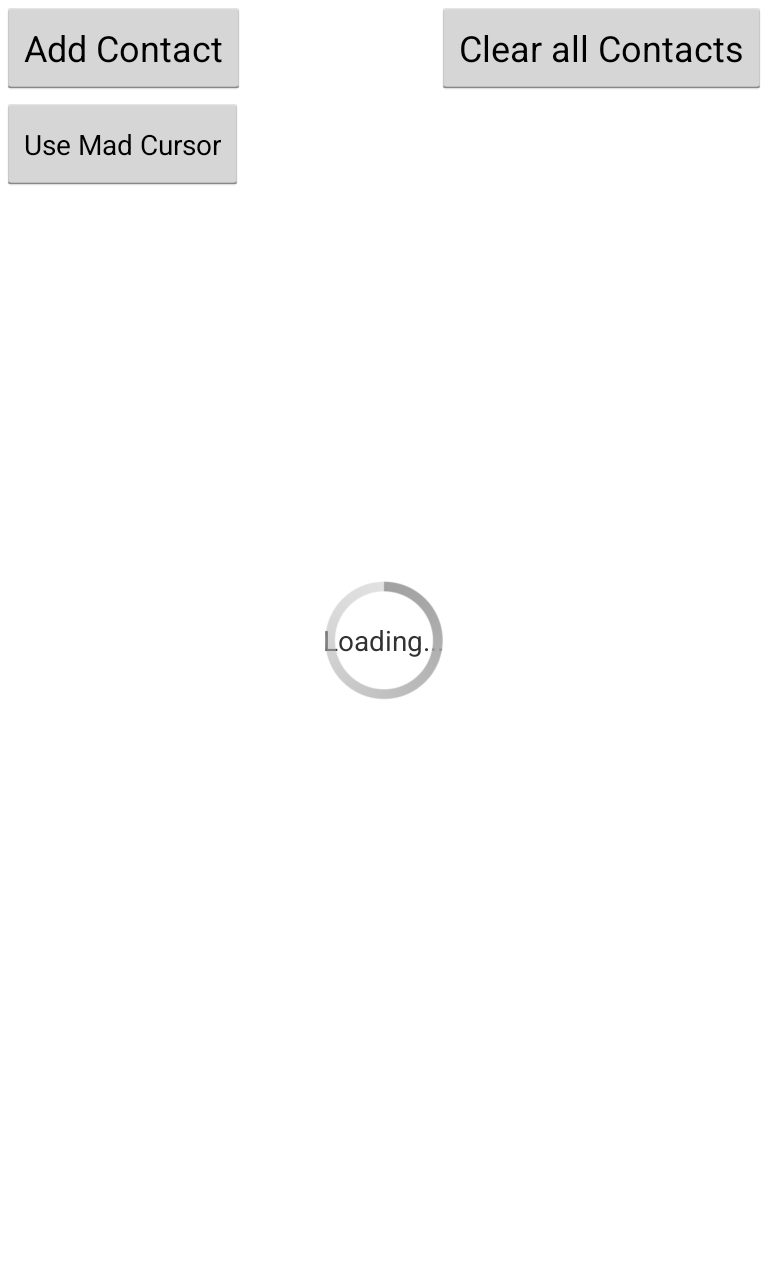
Repository: yoszka/Andro_apps
Layout: ContactsTest/res/layout/activity_main.xml
An editor plug-in stored every save of this project. The layout is shown before and after the next save, followed by the edit.
It is drawn on a 768 x 1280 px phone screen (xhdpi) without system bars, with theme AppTheme; the app's code is not run.

Above is the layout before, as saved 2013-02-13 23:51:58.

### ContactsTest/res/layout/activity_main.xml
<RelativeLayout xmlns:android="http://schemas.android.com/apk/res/android"
    xmlns:tools="http://schemas.android.com/tools"
    android:layout_width="match_parent"
    android:layout_height="match_parent"
    tools:context=".MainActivity" >

    <Button
        android:id="@+id/button1"
        android:layout_width="wrap_content"
        android:layout_height="wrap_content"
        android:layout_alignParentLeft="true"
        android:layout_alignParentTop="true"
        android:onClick="addContactClick"
        android:text="Add Contact" />

    <Button
        android:id="@+id/button2"
        android:layout_width="wrap_content"
        android:layout_height="wrap_content"
        android:layout_alignParentRight="true"
        android:layout_alignParentTop="true"
        android:onClick="deleteAllContactsClick"
        android:text="Clear all Contacts" />

    <Button
        android:id="@+id/button3"
        style="?android:attr/buttonStyleSmall"
        android:layout_width="wrap_content"
        android:layout_height="wrap_content"
        android:layout_alignParentLeft="true"
        android:layout_below="@+id/button1"
        android:onClick="onClickUseMadCursor"
        android:text="Use Mad Cursor" />

    <TextView
        android:id="@+id/textViewLoading"
        android:layout_width="wrap_content"
        android:layout_height="wrap_content"
        android:layout_centerHorizontal="true"
        android:layout_centerVertical="true"
        android:visibility="visible"
        android:text="@string/tv_txt_loading" />

    <ProgressBar
        android:id="@+id/progressBarLoading"
        style="?android:attr/progressBarStyleLarge"
        android:layout_width="wrap_content"
        android:layout_height="wrap_content"
        android:layout_centerHorizontal="true"
        android:visibility="visible"
        android:layout_centerVertical="true" />

</RelativeLayout>

### ContactsTest/res/values/strings.xml
<?xml version="1.0" encoding="utf-8"?>
<resources>

    <string name="app_name">ContactsTest</string>
    <string name="tv_txt_loading">Loading...</string>
    <string name="menu_settings">Settings</string>

</resources>

Loaded but not shown: ContactsTest/res/values/styles.xml (common file); ContactsTest/res/values-v11/styles.xml (common file); ContactsTest/res/values-v14/styles.xml (common file)

After the next save:
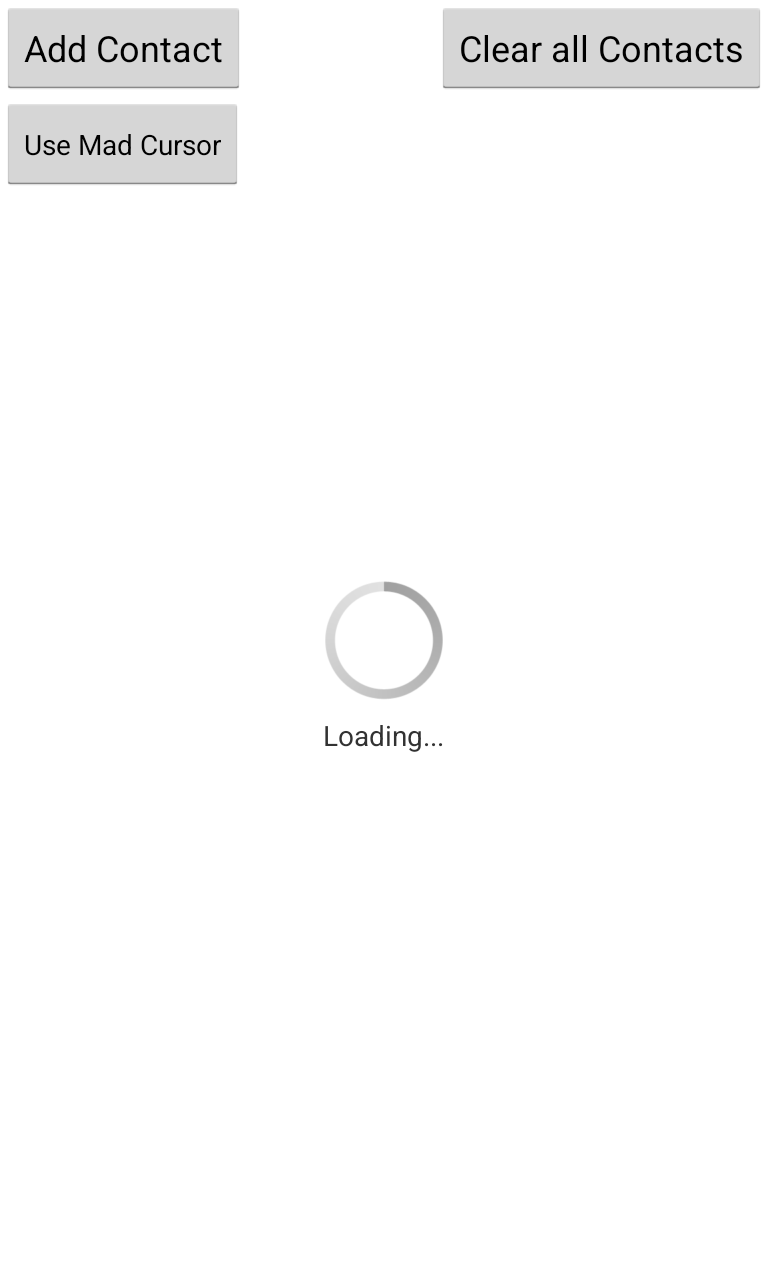
Saved 30 s later.
--- a/ContactsTest/res/layout/activity_main.xml
+++ b/ContactsTest/res/layout/activity_main.xml
@@ -32,15 +32,6 @@
         android:onClick="onClickUseMadCursor"
         android:text="Use Mad Cursor" />
 
-    <TextView
-        android:id="@+id/textViewLoading"
-        android:layout_width="wrap_content"
-        android:layout_height="wrap_content"
-        android:layout_centerHorizontal="true"
-        android:layout_centerVertical="true"
-        android:visibility="visible"
-        android:text="@string/tv_txt_loading" />
-
     <ProgressBar
         android:id="@+id/progressBarLoading"
         style="?android:attr/progressBarStyleLarge"
@@ -50,4 +41,13 @@
         android:visibility="visible"
         android:layout_centerVertical="true" />
 
+    <TextView
+        android:id="@+id/textViewLoading"
+        android:layout_width="wrap_content"
+        android:layout_height="wrap_content"
+        android:layout_below="@+id/progressBarLoading"
+        android:layout_centerHorizontal="true"
+        android:text="@string/tv_txt_loading"
+        android:visibility="visible" />
+
 </RelativeLayout>
